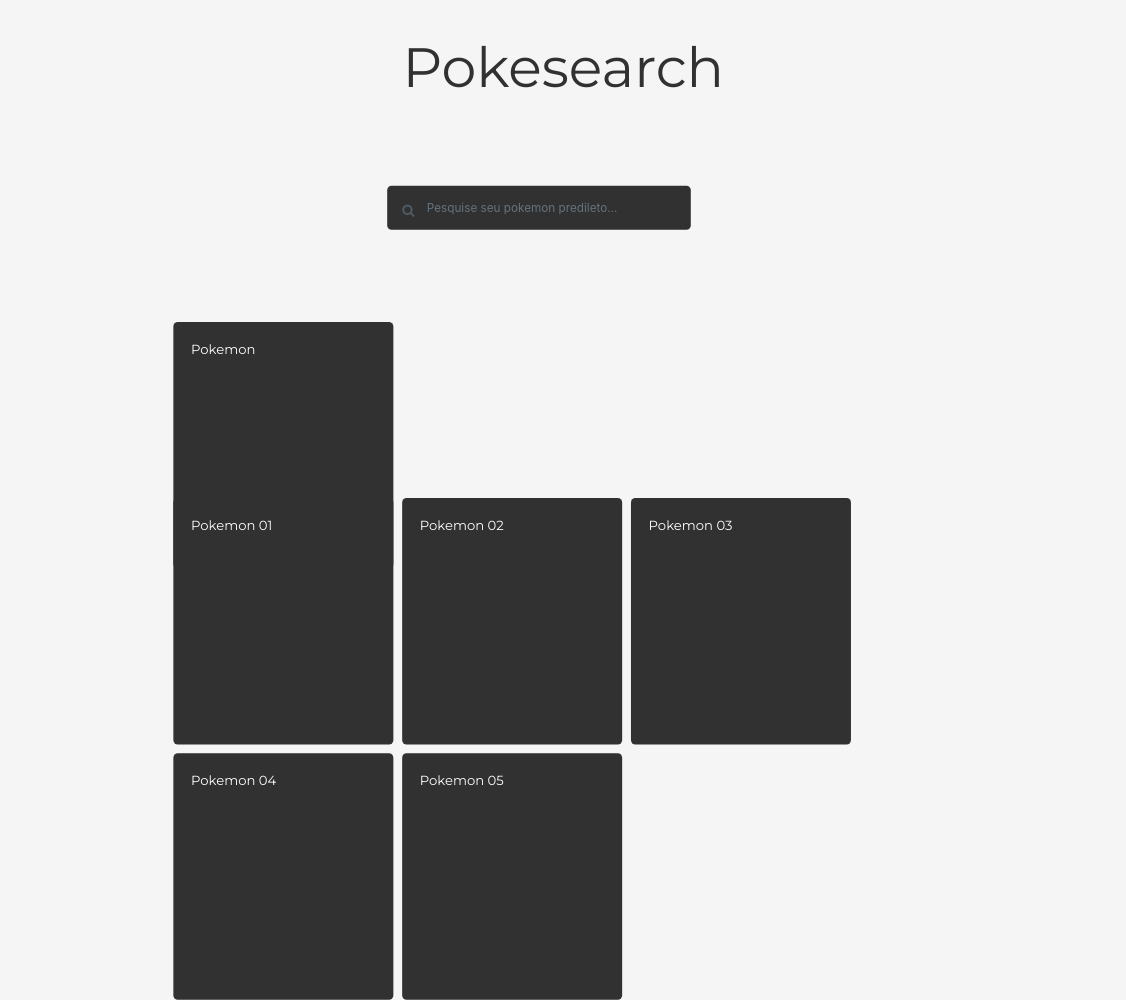
Repository: byjuliogomes/pokebyte
Page: index.html
The author's editor kept a copy of each file at every save. The page is drawn from the files as they stood at one save, then again after the next save.
The browser window is 1280 px wide. The pictures show the whole page, at 88% of full size.
Some web libraries are served in a nearby version.

Above is the page before, as saved 2020-06-04 18:31:56.

After the next save:
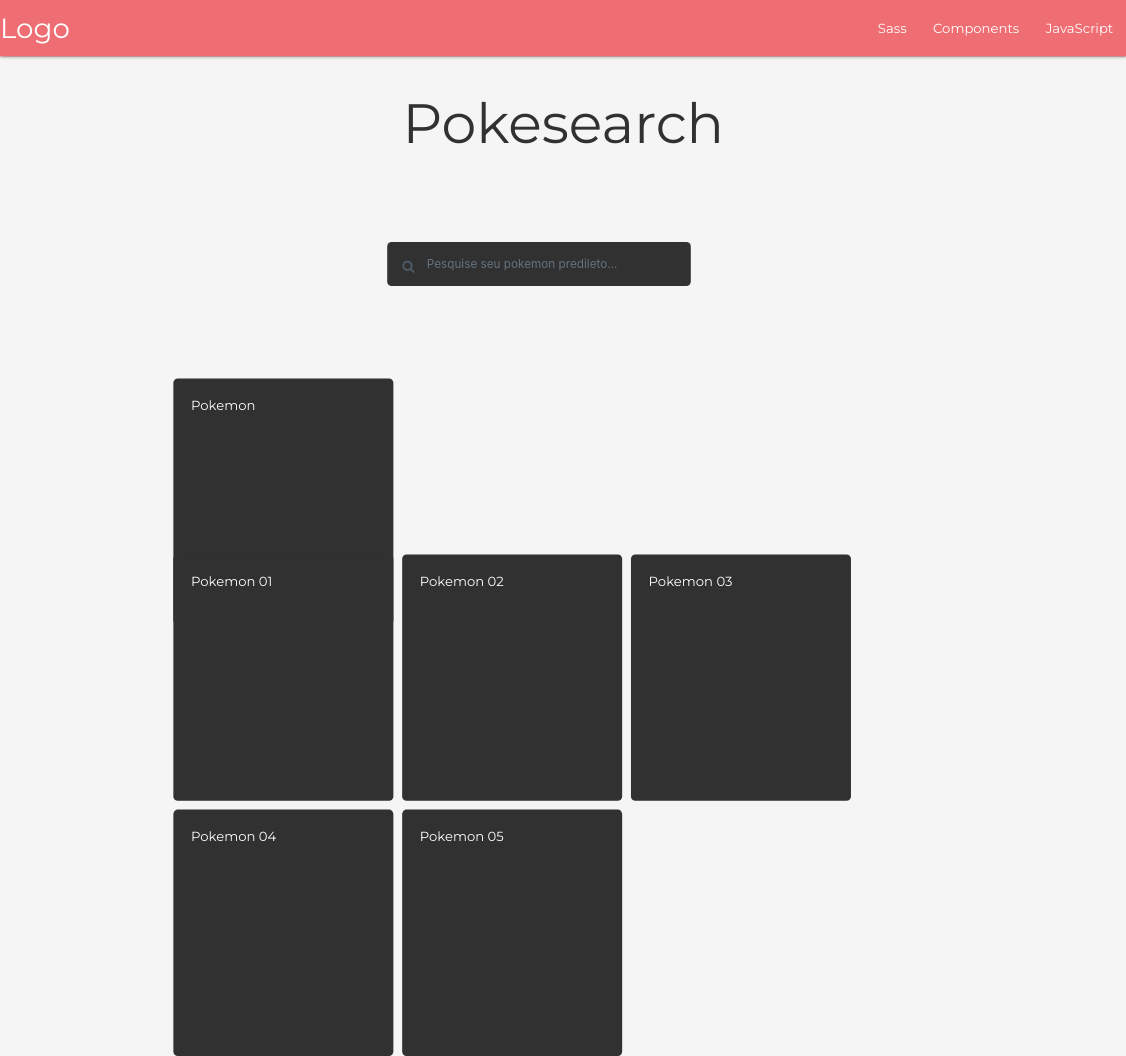
Saved 60 s later.
--- a/index.html
+++ b/index.html
@@ -14,6 +14,18 @@
     <script src="https://cdnjs.cloudflare.com/ajax/libs/materialize/1.0.0/js/materialize.min.js"></script>
 </head>
 <body>
+    <header>
+        <nav>
+            <div class="nav-wrapper">
+              <a href="#" class="brand-logo">Logo</a>
+              <ul id="nav-mobile" class="right hide-on-med-and-down">
+                <li><a href="sass.html">Sass</a></li>
+                <li><a href="badges.html">Components</a></li>
+                <li><a href="collapsible.html">JavaScript</a></li>
+              </ul>
+            </div>
+          </nav>
+    </header>
     <h1>Pokesearch</h1>
     <div class="box">
         <div class="container-1">
